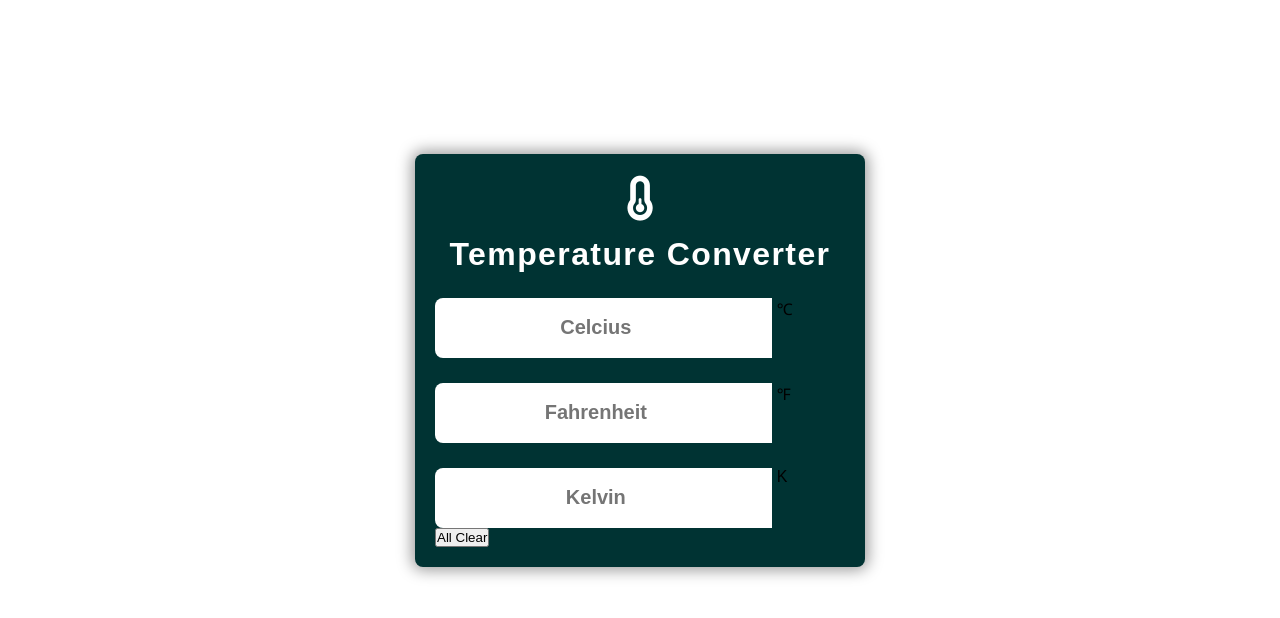
Repository: kiranjeetkaur01/tempconverter.github.io
Page: index.html
The author's editor kept a copy of each file at every save. The page is drawn from the files as they stood at one save, then again after the next save.
The browser window is 1280 px wide. The pictures show the whole page.

Above is the page before, as saved 2023-09-27 12:52:42.

After the next save:
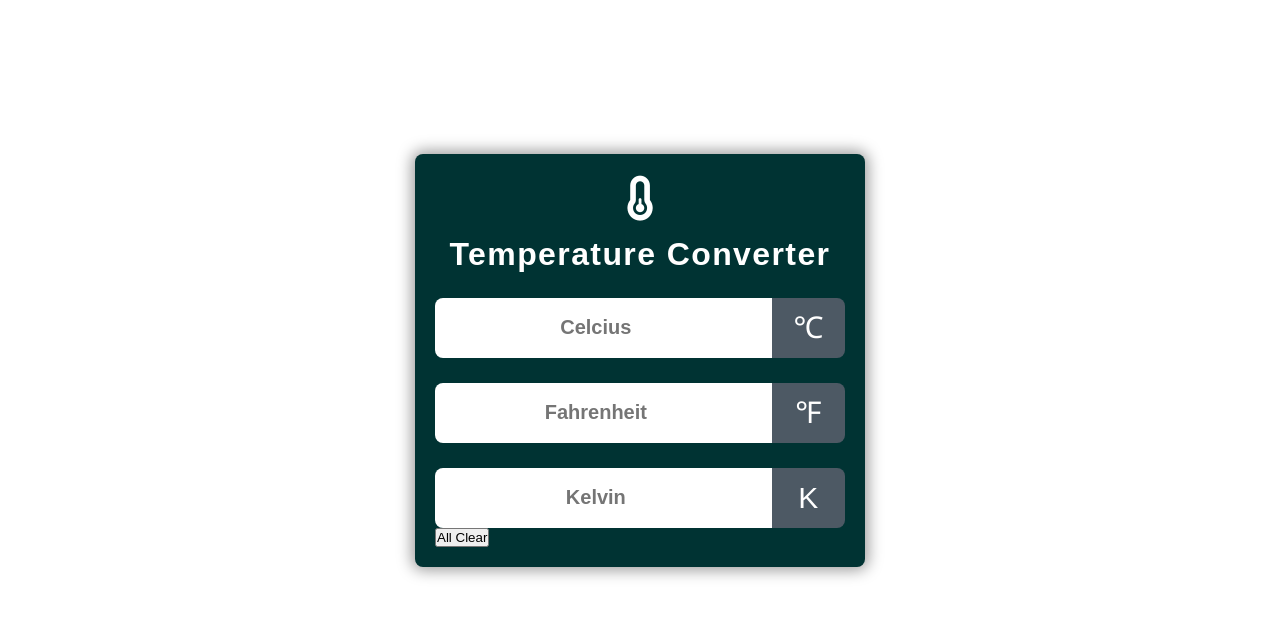
Saved 97 s later.
--- a/style.css
+++ b/style.css
@@ -56,6 +56,11 @@ input {
 .icon {
   flex: 1;
   height: 60px;
-  /* line-height: 60px;  */
+  line-height: 60px;
   padding: 0 5px;
+  text-align: center;
+  font-size: 30px;
+  background: #4d5964;
+  color: #fff;
+  border-radius: 0 8px 8px 0;
 }
